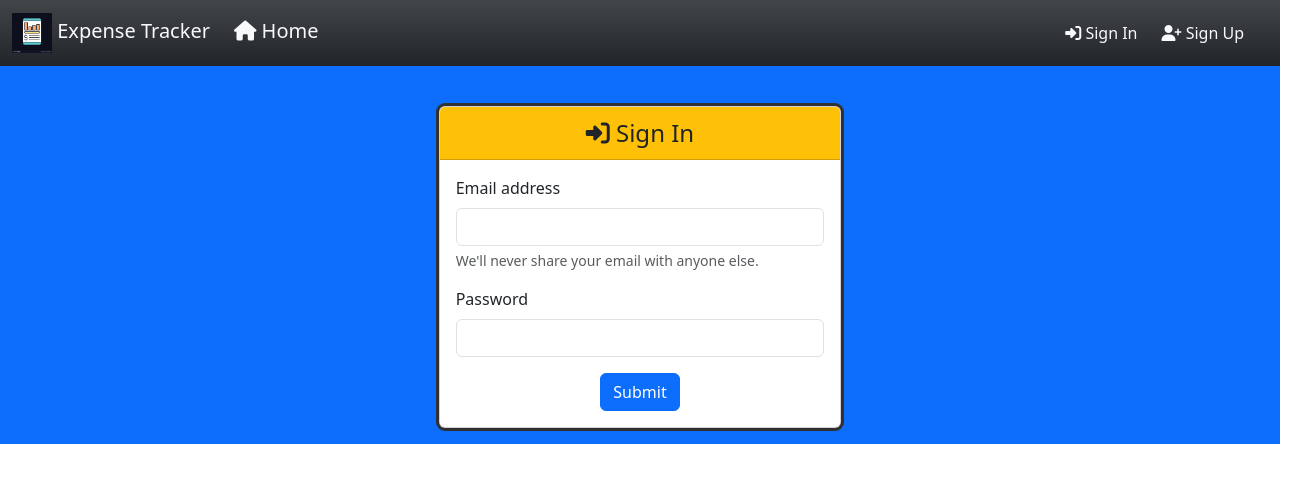
Repository: Gaurav560/OnlineExpenseTracker
Page: http://localhost/Online_Expense_Tracker/login.jsp
These files come from the project's save history. The page is drawn as it stood at one moment and after the next save; the edit follows.
The browser window is 1280 px wide. The page is 1292 px wide, so the pictures cover 1292 px, including what lies to the right of the window. The pictures show the whole page.
The page is served by Tomcat 9.

Above is the page before, as saved 2023-05-04 15:22:47.

After the next save:
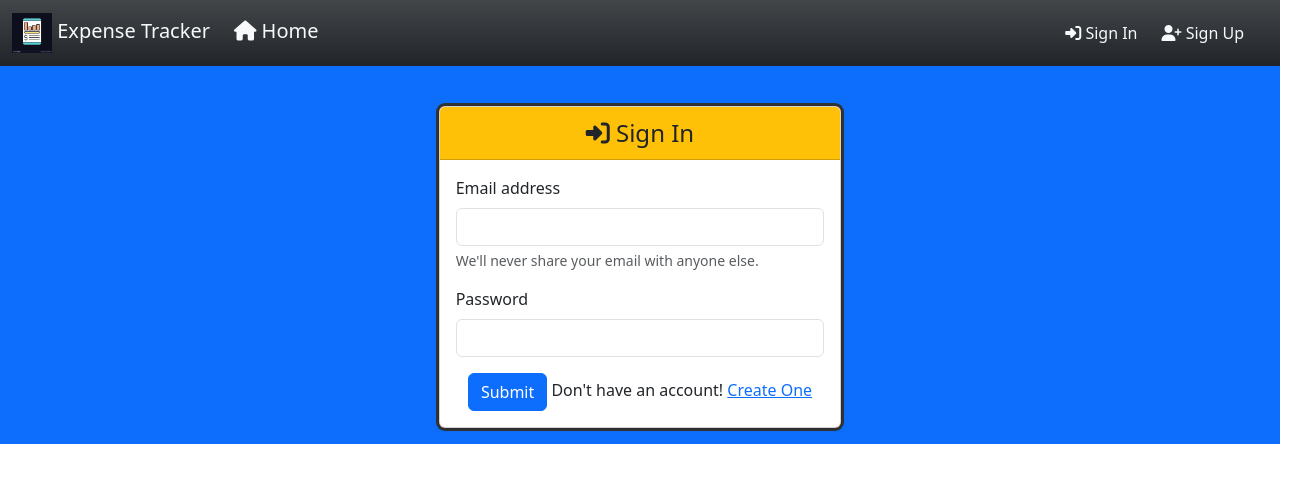
Saved 97 s later.
--- a/Online_Expense_Tracker/src/main/webapp/login.jsp
+++ b/Online_Expense_Tracker/src/main/webapp/login.jsp
@@ -48,6 +48,7 @@
 							<div class="text-center">
 
 								<button type="submit" class="btn btn-primary">Submit</button>
+								Don't have an account! <a href="register.jsp">Create One</a>
 							</div>
 
 						</form>
